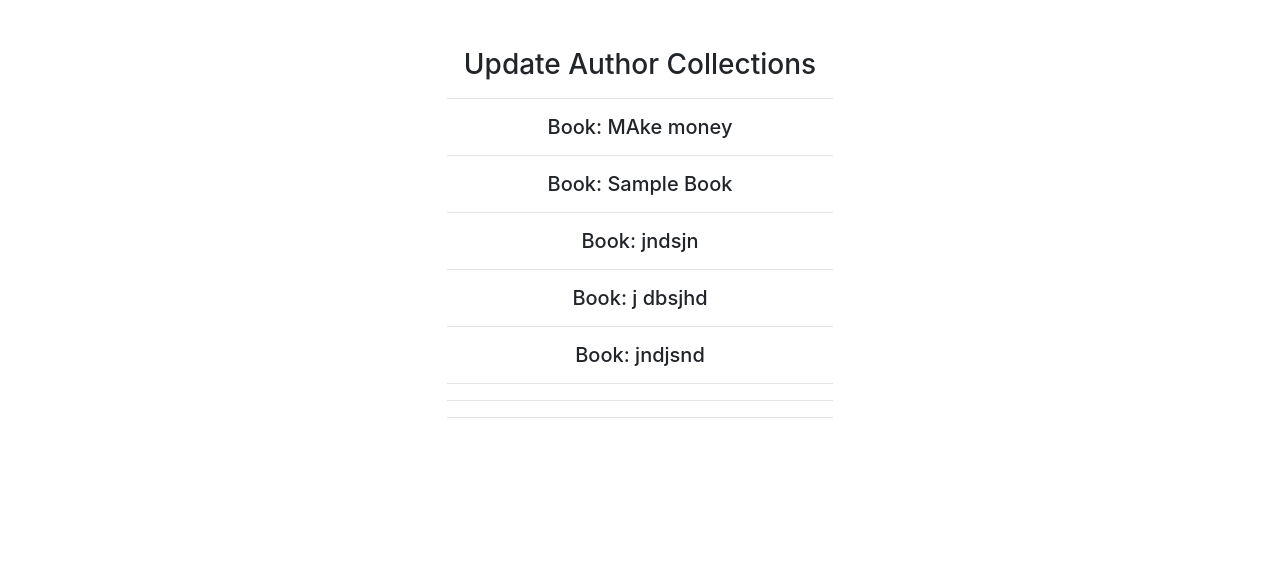
Repository: Temur-Sufiyanov/CBV
Page: http://localhost/author/1/books/edit/
An editor plug-in stored every save of this project. The page is shown before and after a run of saves, followed by the edit.
The browser window is 1280 px wide. The pictures show the whole page.
The page is served by the project's application, run on Django 5.2 (manage.py). Other server files are loaded and not shown. The page reads the database file committed with the project.

Above is the page before, as saved 2024-12-21 19:33:43.

### new_books/templates/new_books/author_books_edit.html
{% extends 'new_books/base.html' %}

{% block title %}
    Editing books for {{author_b.name}}
{% endblock title %}

{% block content %}
    <form action="" method="post" enctype="multipart/form-data">
        {% csrf_token %}
        <h3 class="text-center">Update Author Collections</h3>

        {% for book_form in form.forms %}
            <hr>
            <h5 class="text-center">
                {% if book_form.instance.id %}
                    Book: {{book_form.instance.name}}
                {% else %}
                    {% if form.forms %}

                    {% endif %}

                {% endif %}

            </h5>
        {% endfor %}

    </form>
{% endblock content %}

### new_books/templates/new_books/base.html
<!DOCTYPE html>
<html lang="en">
<head>
    <meta charset="UTF-8">
    <meta name="viewport" content="width=device-width, initial-scale=1.0">
    <link rel="stylesheet" href="https://stackpath.bootstrapcdn.com/bootstrap/4.5.2/css/bootstrap.min.css">
    <title>{% block title %} Home {% endblock title %}</title>
</head>
<body>
    <main>
        <div class="container-fluid">
            <div class="d-flex align-items-center py-5">
                <div class="col-12 col-md-6 col-lg-4 mx-auto">
                    {% block content %}

                    {% endblock content %}
                </div>
            </div>
        </div>
    </main>
</body>
</html>

### new_books/models.py
from django.db import models
from django.urls import reverse
# Create your models here.

class Author(models.Model):
    name = models.CharField(null=False, blank=False, max_length=255)#

    def get_absolute_url(self):
        return reverse('books:author_detail', kwargs={'pk': self.pk})

    def __str__(self):
        return self.name


class Book(models.Model):
    name = models.CharField(null=False, blank=False, max_length=255)
    author = models.ForeignKey('Author', null=False, blank=False, on_delete=models.CASCADE, related_name='book_author')


    def __str__(self):
        return self.name

### new_books/views.py
from django.shortcuts import render, HttpResponseRedirect
from django.urls import reverse
from django.views.generic import (TemplateView, ListView, CreateView, DetailView, FormView)
from .models import Author
from django.contrib import messages
from django.views.generic.detail import SingleObjectMixin
from .forms import AuthorBooksFormset


class HomeView(TemplateView):
    template_name = 'new_books/home.html'


class AuthorView(ListView):
    model = Author
    template_name = 'new_books/author_list.html'
    context_object_name = 'authors'


class AuthorDetailView(DetailView):
    model = Author
    template_name = 'new_books/author_detail.html'
    context_object_name = 'auth'


class AuthorCreateview(CreateView):
    model = Author
    template_name = 'new_books/author_create.html'
    fields = ['name',]


    def form_valid(self, form):

        messages.add_message(
            self.request,
            messages.SUCCESS,
            'The Author has been created'
        )

        return super().form_valid(form)

class AuthorBooksEdit(SingleObjectMixin, FormView):

    model = Author
    template_name = 'new_books/author_books_edit.html'
    context_object_name = 'author_b'

    def get(self, request, *args, **kwargs):
        self.object = self.get_object(queryset=Author.objects.all())
        return super().get(request, *args, **kwargs)

    def post(self, request, *args, **kwargs):
        self.object = self.get_+object(queryset=Author.objects.all())
        return super().get(request, *args, **kwargs)

    def get_form(self, form_class = None):

        return AuthorBooksFormset(**self.get_form_kwargs(), instance = self.object)

    def form_valid(self, form):
        form.save()

        messages.add_message(
            self.request,
            messages.SUCCESS,
            'Changes were saved!'
        )

        return HttpResponseRedirect(self.get_success_url())

    def get_success_url(self):
        return reverse('books:author_detail')

### core/urls.py
"""
URL configuration for core project.

The `urlpatterns` list routes URLs to views. For more information please see:
    https://docs.djangoproject.com/en/5.1/topics/http/urls/
Examples:
Function views
    1. Add an import:  from my_app import views
    2. Add a URL to urlpatterns:  path('', views.home, name='home')
Class-based views
    1. Add an import:  from other_app.views import Home
    2. Add a URL to urlpatterns:  path('', Home.as_view(), name='home')
Including another URLconf
    1. Import the include() function: from django.urls import include, path
    2. Add a URL to urlpatterns:  path('blog/', include('blog.urls'))
"""
from django.contrib import admin
from django.urls import path, include

urlpatterns = [
    path('admin/', admin.site.urls),
    # path('', include('cbv.urls')),
    path('',include('new_books.urls', namespace='books' )),
]

### new_books/urls.py
from django.urls import path
from .views import (HomeView, AuthorView, AuthorCreateview, AuthorDetailView, AuthorBooksEdit)

app_name = 'books'

urlpatterns = [
    path('', HomeView.as_view(), name='home'),
    path('author/', AuthorView.as_view(), name='authors'),
    path('author/add/', AuthorCreateview.as_view(), name='add-author'),
    path('author/<int:pk>/', AuthorDetailView.as_view(), name='author_detail'),
    path('author/<int:pk>/books/edit/', AuthorBooksEdit.as_view(), name='author_books_edit'),
]

### db.sqlite3 (the tables this page reads, as SQL)
CREATE TABLE "new_books_author" ("id" integer NOT NULL PRIMARY KEY AUTOINCREMENT, "name" varchar(255) NOT NULL);
INSERT INTO "new_books_author" VALUES
(1, 'Temur Sufiyanov'),
(2, 'Farrukh Abdurakmonov'),
(3, 'Feruz Juraev'),
(4, 'Headphones'),
(5, 'Feruz'),
(6, 'Feruz!'),
(7, 'Artur');

CREATE TABLE "new_books_book" ("id" integer NOT NULL PRIMARY KEY AUTOINCREMENT, "name" varchar(255) NOT NULL, "author_id" bigint NOT NULL REFERENCES "new_books_author" ("id") DEFERRABLE INITIALLY DEFERRED);
INSERT INTO "new_books_book" VALUES
(1, 'Success', 3),
(2, 'MAke money', 1),
(3, 'Sample Book', 1),
(4, 'jndsjn', 1),
(5, 'j dbsjhd', 1),
(6, 'jndjsnd', 1);

After the next 15 saves:
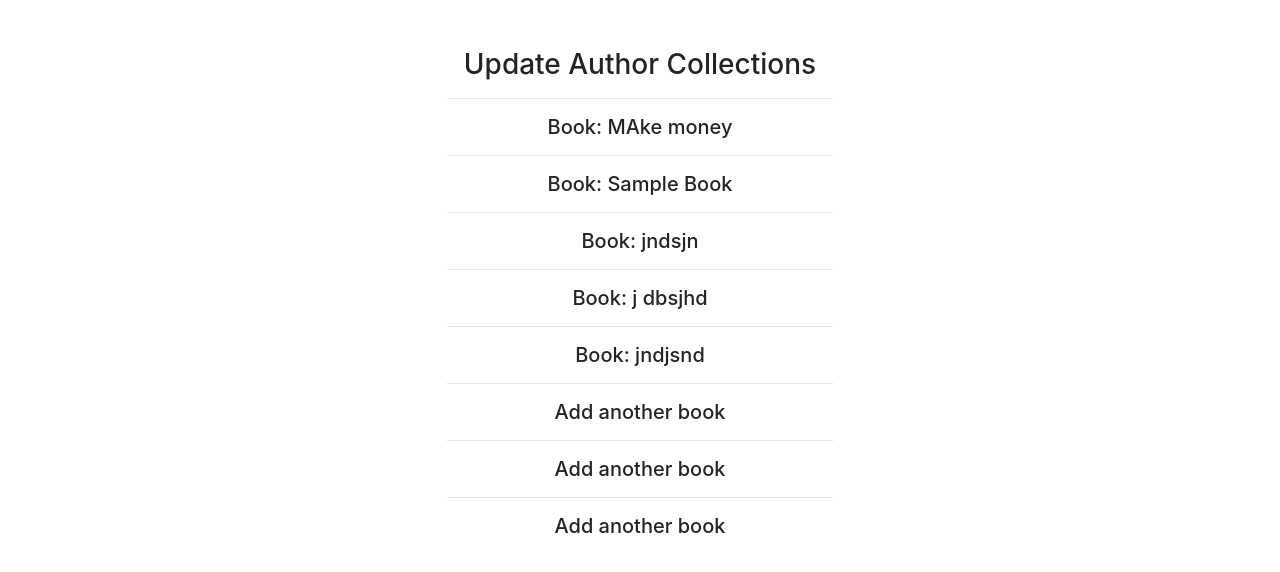
The 15 saves are shown as one change because 5 did not build or start and some came seconds apart.
The last was saved 5 min 43 s later.
--- a/new_books/templates/new_books/author_books_edit.html
+++ b/new_books/templates/new_books/author_books_edit.html
@@ -15,14 +15,14 @@
                 {% if book_form.instance.id %}
                     Book: {{book_form.instance.name}}
                 {% else %}
-                    {% if form.forms %}
-
+                    {% if form.forms|length > 1 %}
+                        Add another book
+                    {% else %}
+                        Add a book
                     {% endif %}
-
                 {% endif %}
 
             </h5>
         {% endfor %}
-
     </form>
 {% endblock content %}
